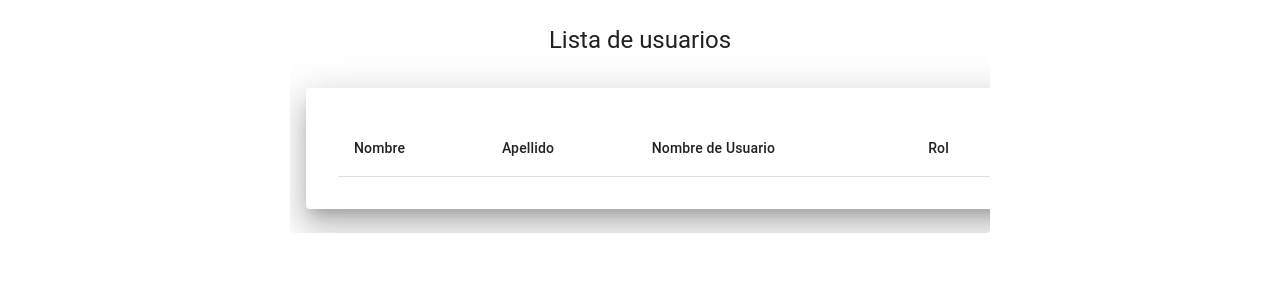
Repository: Mpablom/usuarioCaC-integrador-final-front
Page: /usuarios
An editor plug-in stored every save of this project. The page is shown before and after the next save, followed by the edit.
The browser window is 1280 px wide. The pictures show the whole page.
The page's requests for data from a server got no answer. The project was rebuilt for these pictures with package versions that can differ from the ones it lists, and the page was loaded fresh each time. No one was signed in, and anything a server would have sent is missing. Also part of the build but not shown: vite.config.ts, src/components/Login.tsx, src/index.css.

Above is the page before, as saved 2024-07-10 23:39:18.

After the next save:
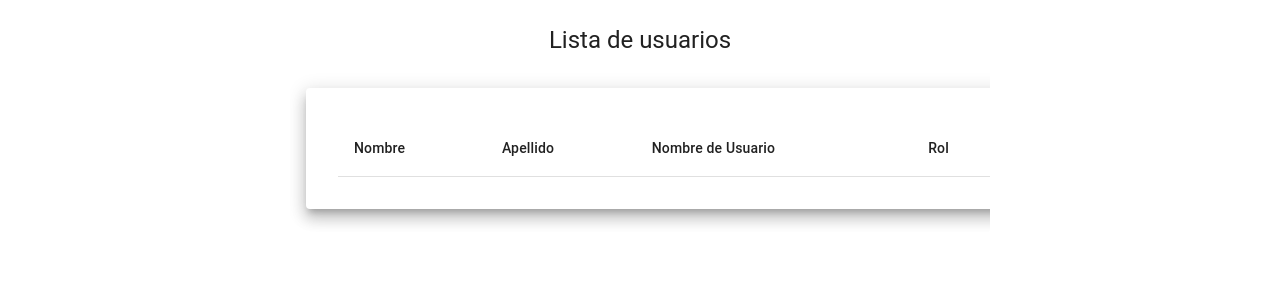
Saved 8 s later.
--- a/src/components/UsuariosTable.tsx
+++ b/src/components/UsuariosTable.tsx
@@ -37,7 +37,7 @@ const UsuariosTable: React.FC = () => {
         sx={{ textAlign: "center" }}
       ></CardHeader>
       <CardContent>
-        <TableContainer component={Paper} sx={{ boxShadow:'20', padding: 4 }}>
+        <TableContainer component={Paper} sx={{ boxShadow:'10', padding: 4 }}>
           <Table>
             <TableHead>
               <TableRow>
